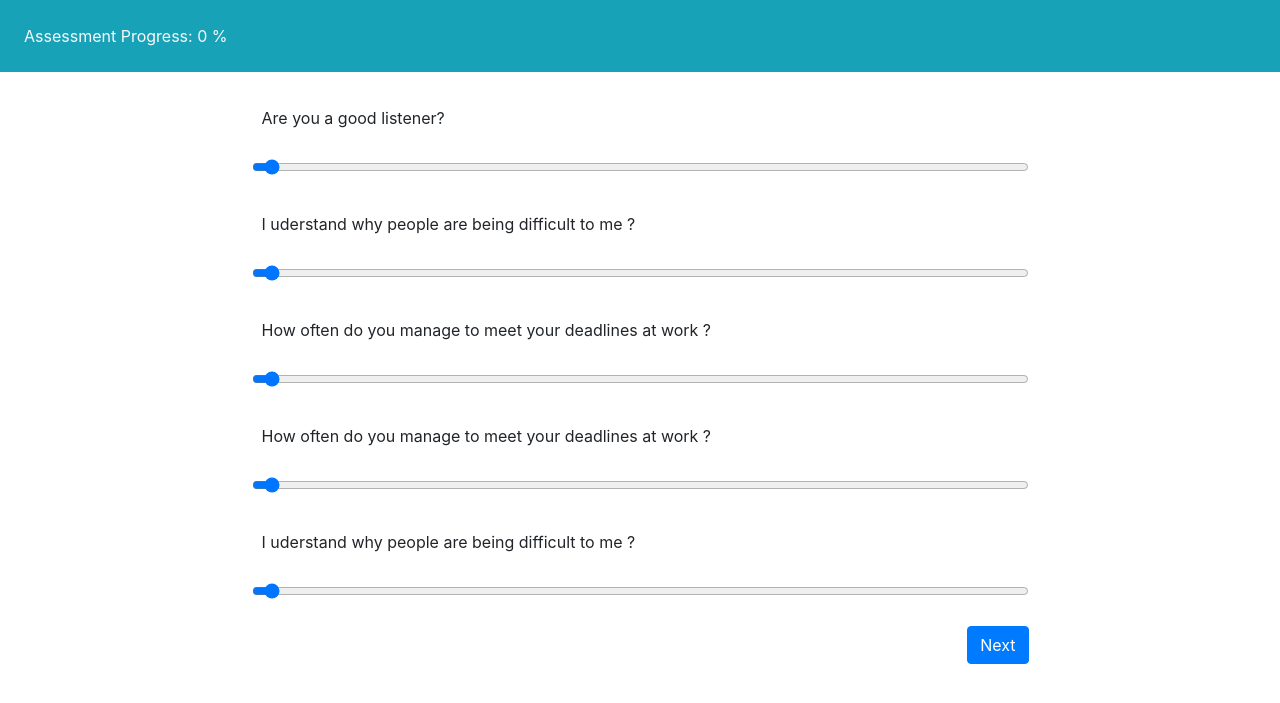
Repository: krushna2/dimentrix_tech
Page: /
The author's editor kept a copy of each file at every save. The page is drawn from the files as they stood at one save, then again after the next save.
The browser window is 1280 px wide. The pictures show the whole page.
The project was rebuilt for these pictures with package versions that can differ from the ones it lists, and the page was loaded fresh each time. Also part of the build but not shown: src/components/SecondPageComponent.js, src/components/ThirdPageComponent.js.

Above is the page before, as saved 2020-09-28 15:40:26.

### src/App.js
import React from 'react';
import MasterForm from './components/MasterFormComponent'
import './App.css';

function App() {
  return (
    <div className="App">
      <MasterForm/>
    </div>
  );
}

export default App;

### src/components/MasterFormComponent.js
import React, { Component } from 'react';
import { Form } from 'reactstrap';
import Step1 from './FirstPageComponent';
import Step2 from './SecondPageComponent';
import Step3 from './ThirdPageComponent';
import Header from './HeaderComponent';

class MasterForm extends Component {
    constructor(props) {
        super(props)

        this.state = {
            currentStep: 1,
            first: 0,
            second: 0,
            third: 0,
            fourth: 0,
            fifth: 0,
            sixth: 0,
            seventh: 0,
            eighth: 0,
            nineth: 0,
            tenth: 0,
            elewenth: 0,
            twelth: 0,
            totalScore: 0
        }

        this.handleChange = this.handleChange.bind(this)
        this._next = this._next.bind(this)
        this._prev = this._prev.bind(this)
    }

    _next() {
        let currentStep = this.state.currentStep
            // If the current step is 1 or 2, then add one on "next" button click
        currentStep = currentStep >= 2 ? 3 : currentStep + 1
        this.setState({
            currentStep: currentStep
        })
    }

    _prev() {
        let currentStep = this.state.currentStep
            // If the current step is 2 or 3, then subtract one on "previous" button click
        currentStep = currentStep <= 1 ? 1 : currentStep - 1
        this.setState({
            currentStep: currentStep
        })
    }

    handleChange(event) {
        let { name, value } = event.target
        this.setState({
            [name]: parseInt(value)
        })
        this.calculateScore()
    }

    calculateScore = () => {
        let { first, second, third, fourth, fifth, sixth, seventh, eighth, nineth, tenth, elewenth, twelth } = this.state
        this.setState({ totalScore: first + second + third + fourth + fifth + sixth + seventh + eighth + nineth + tenth + elewenth + twelth })

    }


    handleSubmit = (event) => {
            event.preventDefault()
            const score = this.state.totalScore

            if (score <= 33) {
                alert("Your Assessment Score  is Bad")
            } else if (score <= 66) {
                alert("Your Assessment Score is good")
            } else if (score > 66) {
                alert("Your Assessment Score  is Excellent")
            }


        }
        // shouldComponentUpdate(nextProps, nextState) {
        //   if (!this.handleSubmit) {
        //     return false;
        //   }
        //   return true;
        // }
    get previousButton() {
        let currentStep = this.state.currentStep;
        // If the current step is not 1, then render the "previous" button
        if (currentStep !== 1) {
            return ( <
                button className = "btn btn-secondary"
                type = "button"
                onClick = { this._prev } >
                Previous <
                /button>
            )
        }
        // ...else return nothing
        return null;
    }

    get nextButton() {
        let currentStep = this.state.currentStep;
        // If the current step is not 3, then render the "next" button
        if (currentStep < 3) {
            return ( <
                button className = "btn btn-primary float-right"
                type = "button"
                onClick = { this._next } >
                Next <
                /button>
            )
        }
        // ...else render nothing
        return null;
    }

    render() {
        return ( <
            React.Fragment className = "col-12" >
            <
            Header score = { this.state.totalScore }
            /> <
            div className = "container" >
            <
            Form onSubmit = { this.handleSubmit } >


            <
            Step1 currentStep = { this.state.currentStep }
            handleChange = { this.handleChange }
            score = { this.state }
            /> <
            Step2 currentStep = { this.state.currentStep }
            handleChange = { this.handleChange }
            username = { this.state }
            /> <
            Step3 currentStep = { this.state.currentStep }
            handleChange = { this.handleChange }
            password = { this.state }
            />   <
            div className = "mt-3" > { this.previousButton } { this.nextButton } <
            /div>

            <
            /Form> <
            /div>

            <
            /React.Fragment>
        )
    }
}

export default MasterForm;

### src/App.css
Form{
    width: 70%;
    margin: auto;
}

Form .But{

    margin-left: 40%;
}

Label{

    padding: 10px;
    width: 100%;
    background-color: white;
    border-radius: 20px;
}

/* .bottum{
    background-color: whitesmoke;
} */

input{
    border: 0!important;
    box-shadow: none!important;

}

### src/components/FirstPageComponent.js
import React from 'react';
import {FormGroup, Input, Label} from 'reactstrap';

function Step1(props) {

  if (props.currentStep !== 1) {
    return null
  }
  return(
    <>
        <FormGroup>
                <Label htmlFor="first"> Are you a good listener? </Label>
                  <Input
                    className="form-control slider"
                    step={1}
                    min={0} max={10}
                    defaultValue={0}
                    id="first"
                    name="first"
                    type="range"
                    value ={props.score.first}
                    onChange={props.handleChange}
                    />
        </FormGroup>
        <FormGroup>
            <Label htmlFor="second"> I uderstand why people are being difficult to me ? </Label>
            <Input
              className="form-control slider"
              step={1}
              min={0} max={10}
              defaultValue={0}
              id="second"
              name="second"
              type="range"
              value={props.score.second}
              onChange={props.handleChange}
              />
        </FormGroup>
        <FormGroup>
            <Label htmlFor="third"> How often do you manage to meet your deadlines at work ? </Label>
            <Input
              className="form-control slider"
              step={1}
              min={0} max={10}
              defaultValue={0}
              id="third"
              name="third"
              type="range"
              value={props.score.third}
              onChange={props.handleChange}
              />
        </FormGroup>
        <FormGroup>
            <Label htmlFor="fourth"> How often do you manage to meet your deadlines at work ? </Label>
            <Input
              className="form-control slider"
              step={1}
              min={0} max={10}
              defaultValue={0}
              id="fourth"
              name="fourth"
              type="range"
              value={props.score.fourth}
              onChange={props.handleChange}
              />
        </FormGroup>
              <FormGroup>
            <Label htmlFor="fifth"> I uderstand why people are being difficult to me ? </Label>
            <Input
              className="form-control slider"
              step={1}
              min={0} max={10}
              defaultValue={0}
              id="fifth"
              name="fifth"
              type="range"
              value={props.score.fifth}
              onChange={props.handleChange}
              />
        </FormGroup>

    </>

  );
}


  export default Step1;

### src/components/HeaderComponent.js
import React from 'react';
import { Progress, Nav } from 'reactstrap';

function Header(props) {

    const score = props.score
    const percentage = parseInt((score / 120) * 100)
    const colour = (percentage) => {
        if (percentage <= 33) {
            return "danger"
        } else if (percentage <= 66) {
            return "warning"
        } else if (percentage > 66) {
            return "success"
        }
    }

    return (

        <
        div className = "fluid-container mb-4 " >
        <
        Nav dark className = "text-light bg-info p-4" >
        <
        div > Assessment Progress: { percentage } % < /div>        <
        Progress bar animated className = "col-sm-12"
        color = { colour(percentage) }
        value = { percentage }
        min = "0"
        max = "100" / >
        <
        /Nav> <
        /div>

    )
}

export default Header;

Loaded but not shown: public/index.html (common file); src/index.js (common file); src/index.css (common file); src/serviceWorker.js (common file)

After the next save:
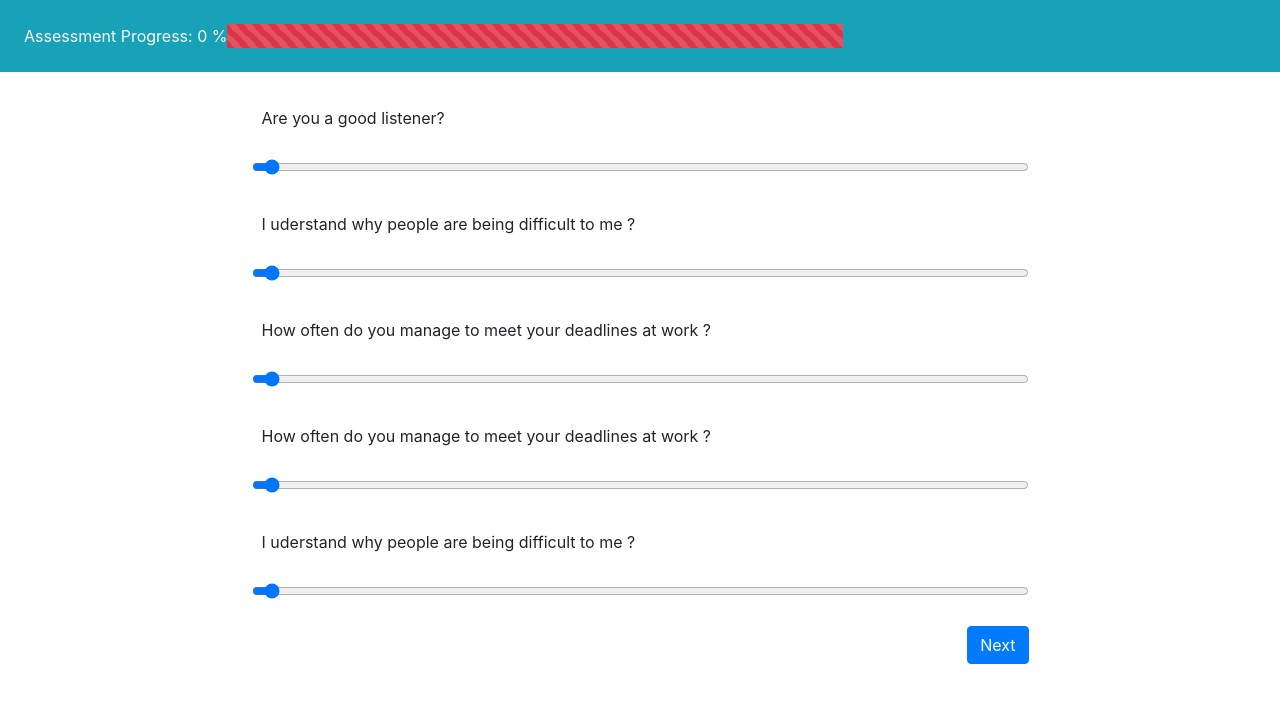
Saved 53 s later.
--- a/src/components/HeaderComponent.js
+++ b/src/components/HeaderComponent.js
@@ -23,14 +23,14 @@
         Nav dark className = "text-light bg-info p-4" >
         <
         div > Assessment Progress: { percentage } % < /div>        <
-        Progress bar animated className = "col-sm-12"
+        Progress bar animated className = "col-sm-6"
         color = { colour(percentage) }
         value = { percentage }
         min = "0"
         max = "100" / >
         <
-        /Nav> <
-        /div>
+        /Nav> < /
+        div >
 
     )
 }
